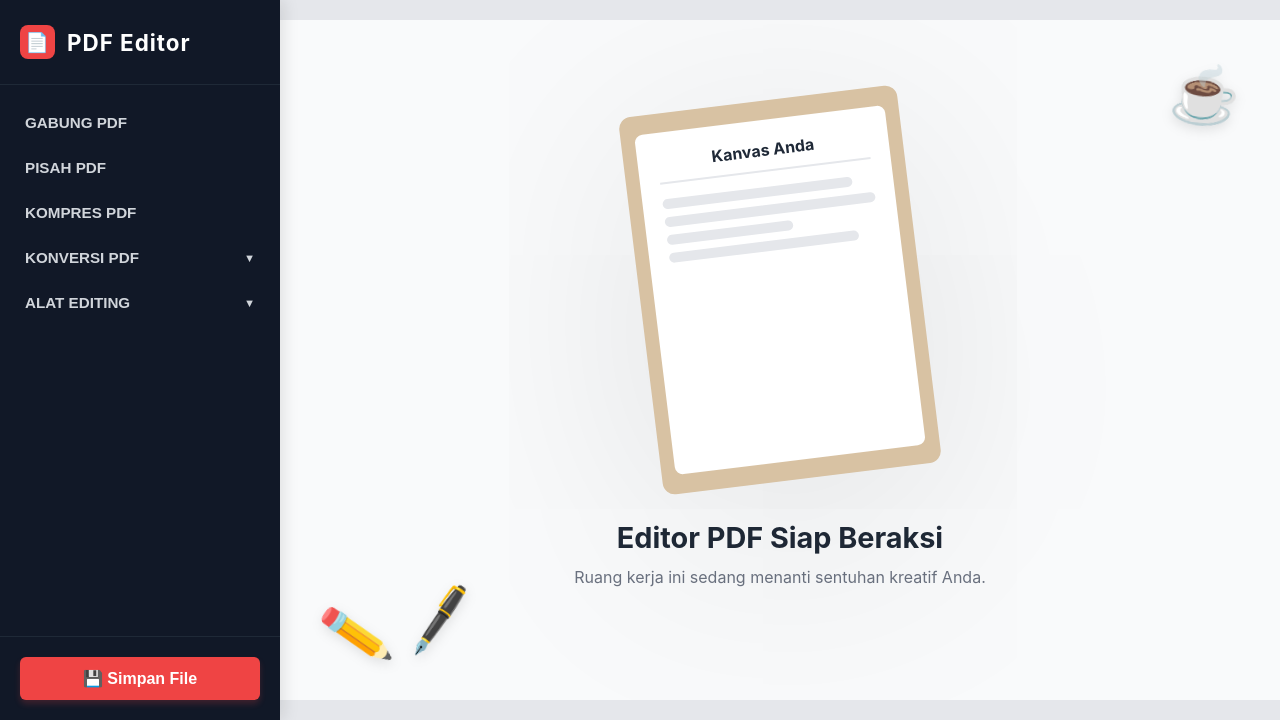
Repository: IkhsanMoekhtar/pdf_editor
Page: /
These files come from the project's save history. The page is drawn as it stood at one moment and after the next save; the edit follows.
The browser window is 1280 px wide. The pictures show the whole page.
The project was rebuilt for these pictures with package versions that can differ from the ones it lists, and the page was loaded fresh each time. Also part of the build but not shown: vite.config.js.

Above is the page before, as saved 2026-03-18 22:58:02.

After the next save:
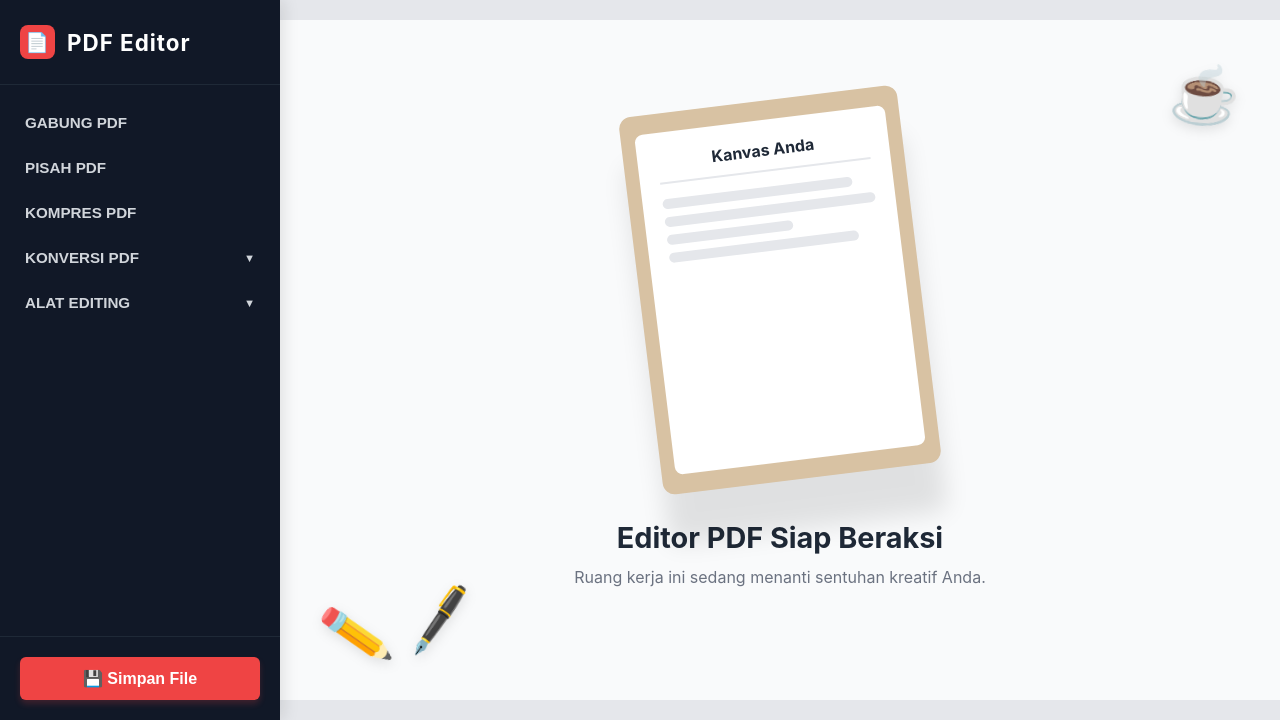
Saved 4 s later.
--- a/src/App.css
+++ b/src/App.css
@@ -207,7 +207,7 @@
   width: 280px; height: 380px;
   background-color: #d8c2a3;
   border-radius: 12px;
-  box-shadow: 0 50px 250px rgba(0,0,0,0.1);
+  box-shadow: 0 50px 25px rgba(0,0,0,0.1);
   transform: rotate(-7deg);
   position: relative;
   display: flex; align-items: center; justify-content: center;

After the 3 saves that followed:
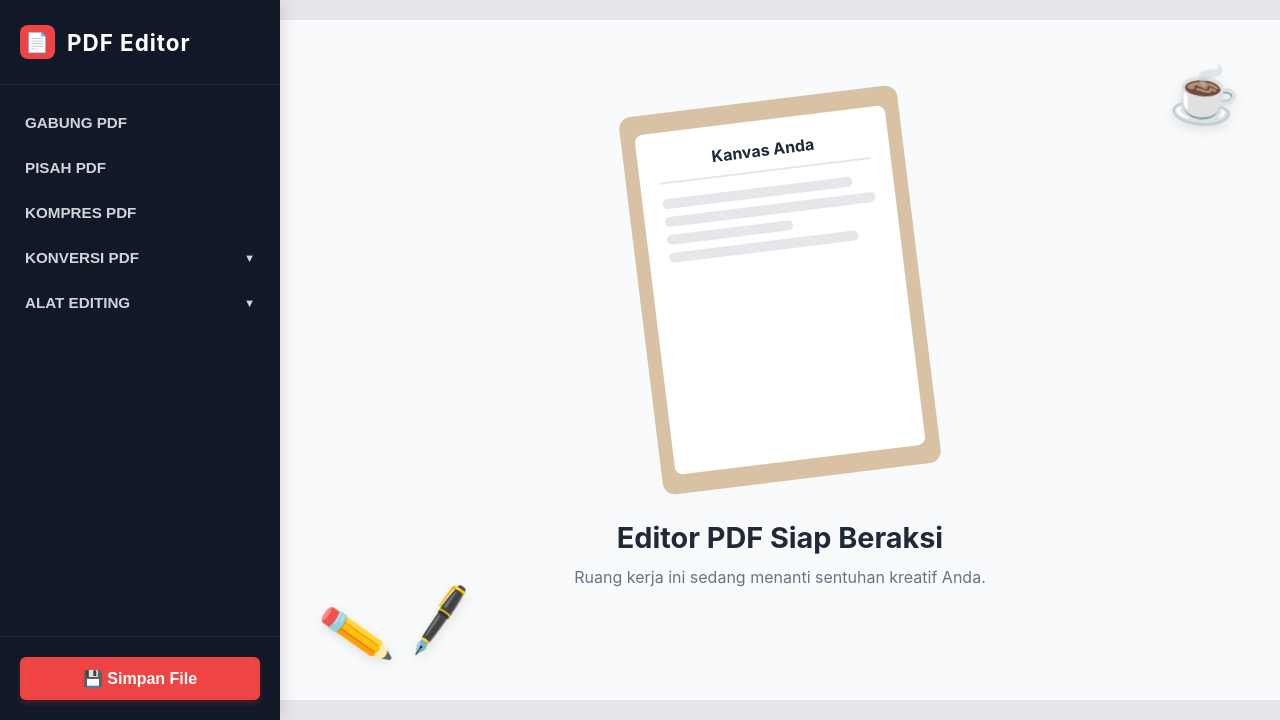
The 3 saves are shown as one change because they came seconds apart.
The last was saved 15 s later.
--- a/src/App.css
+++ b/src/App.css
@@ -207,7 +207,7 @@
   width: 280px; height: 380px;
   background-color: #d8c2a3;
   border-radius: 12px;
-  box-shadow: 0 50px 25px rgba(0,0,0,0.1);
+  box-shadow: -100 50px 25px rgba(0,0,0,0.1);
   transform: rotate(-7deg);
   position: relative;
   display: flex; align-items: center; justify-content: center;
